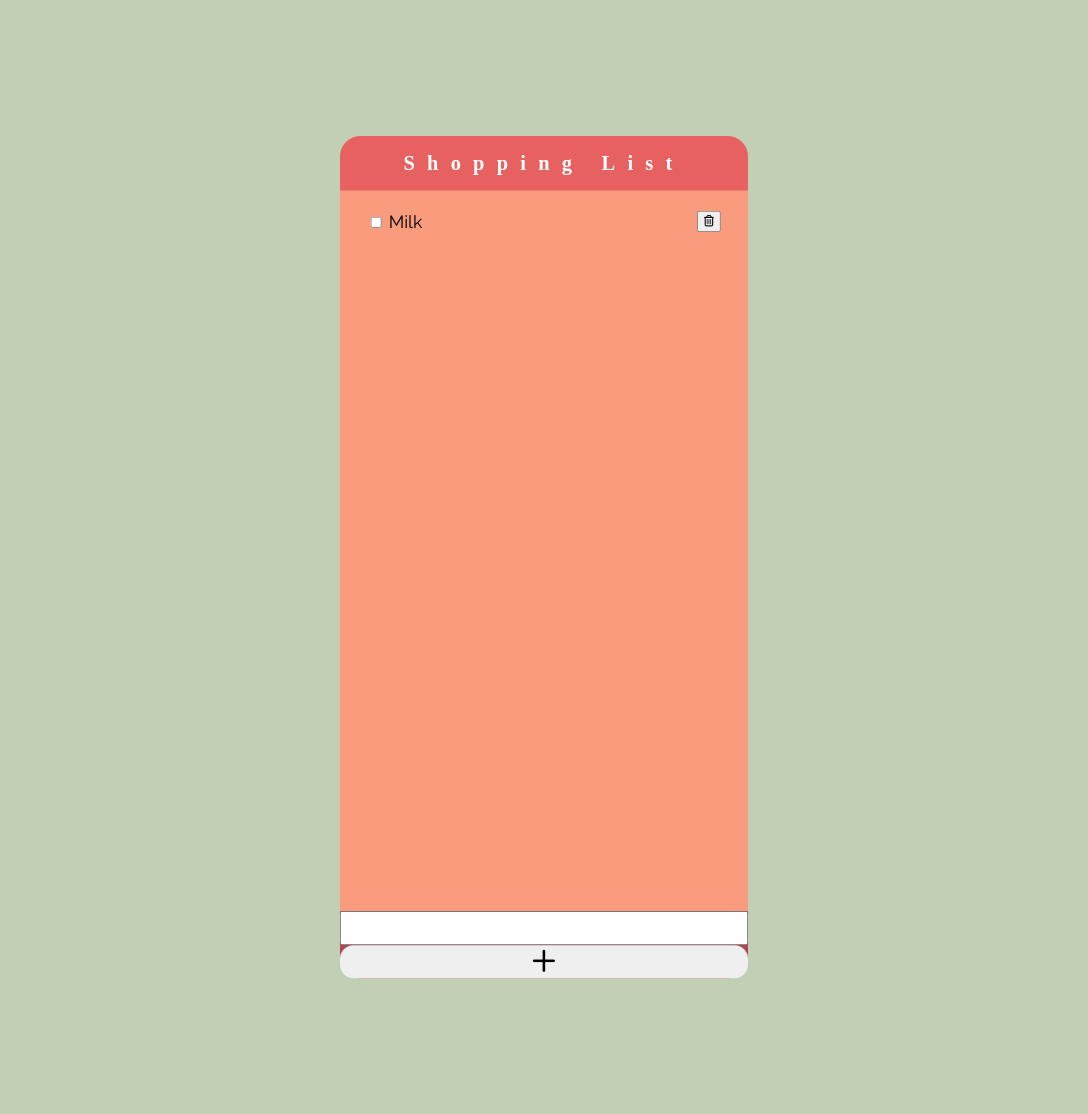
Repository: sephinejo/shopping-list-app
Page: index.html
The author's editor kept a copy of each file at every save. The page is drawn from the files as they stood at one save, then again after a run of saves.
The browser window is 1280 px wide. The pictures show the whole page, at 85% of full size.
Some web fonts or font styles are not loaded; a fallback is used. Some web libraries are served in a nearby version.

Above is the page before, as saved 2023-05-12 11:14:50.

After the next 2 saves:
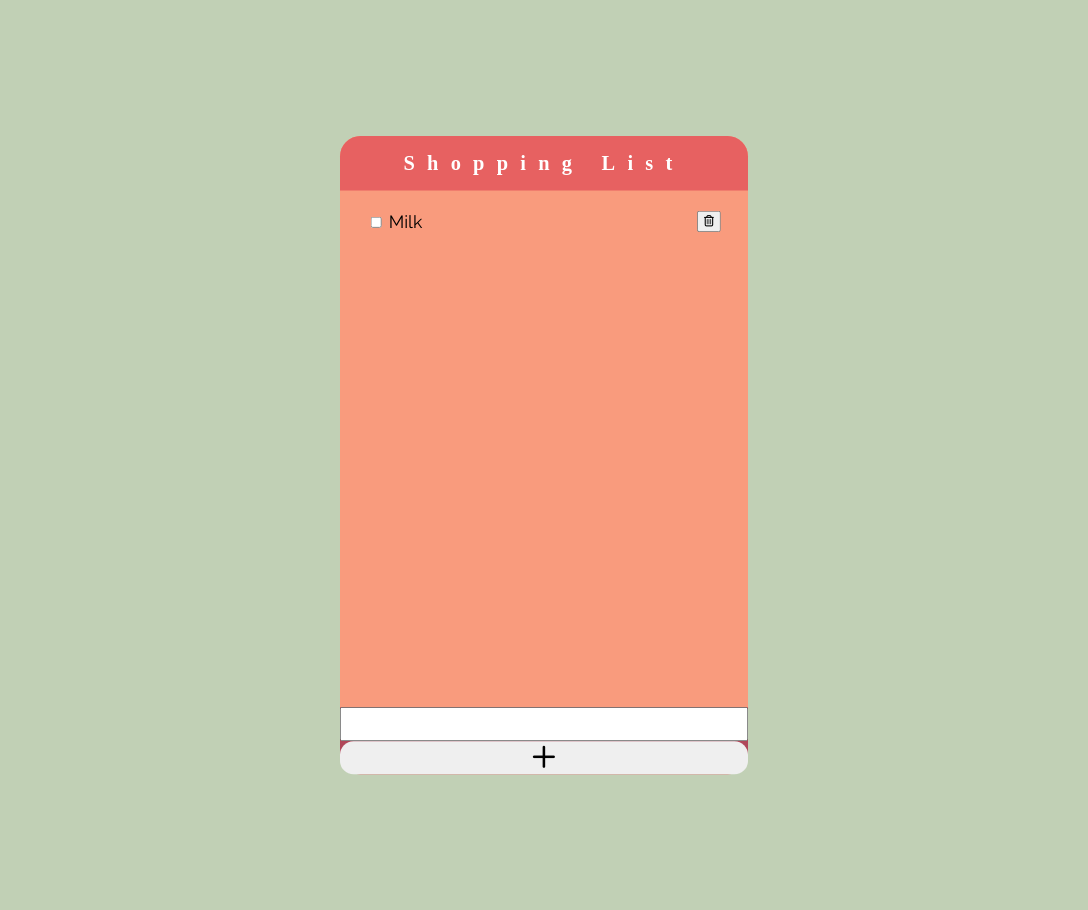
The 2 saves are shown as one change because they came seconds apart.
The last was saved 6 s later.
--- a/style.css
+++ b/style.css
@@ -27,7 +27,7 @@ body {
 }
 
 .items {
-  height: 50rem;
+  height: 35rem;
   overflow-y: auto;
   margin: 1.5rem 2rem;
   padding: 0;
